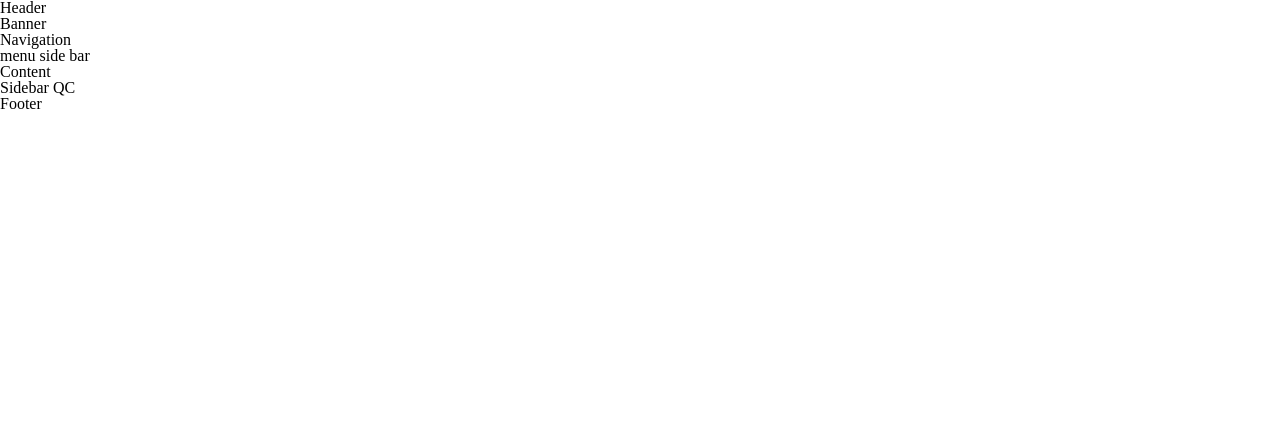
Repository: Tan-Khang21/TH_TKW--Buoi_06
Page: Bai_Tap_Tren_lop/Bai_03/LayoutCSS3.html
These files come from the project's save history. The page is drawn as it stood at one moment and after the next save; the edit follows.
The browser window is 1280 px wide. The pictures show the whole page.

Above is the page before, as saved 2024-03-11 20:54:34.

### Bai_Tap_Tren_lop/Bai_03/LayoutCSS3.html
<!DOCTYPE html>
<html lang="en">
  <head>
    <meta charset="UTF-8" />
    <meta name="viewport" content="width=device-width, initial-scale=1.0" />
    <title>Document</title>
    <link rel="stylesheet" href="style.css" />
    <link rel="stylesheet" href="reset.css" />
  </head>
  <body>
    <div class="container">
      <div class="header">Header</div>
      <div class="banner">Banner</div>
      <div class="navigation">Navigation</div>
      <div class="box">
        <div class="box_menu">menu side bar</div>
        <div class="box_content">Content</div>
        <div class="box_siderbar">Sidebar QC</div>
      </div>
      <div class="footer">Footer</div>
    </div>
  </body>
</html>

### Bai_Tap_Tren_lop/Bai_03/style.css
* {
  box-sizing: border-box;
}
body {
  width: 100%;
}

Loaded but not shown: Bai_Tap_Tren_lop/Bai_03/reset.css (common file)

After the next save:
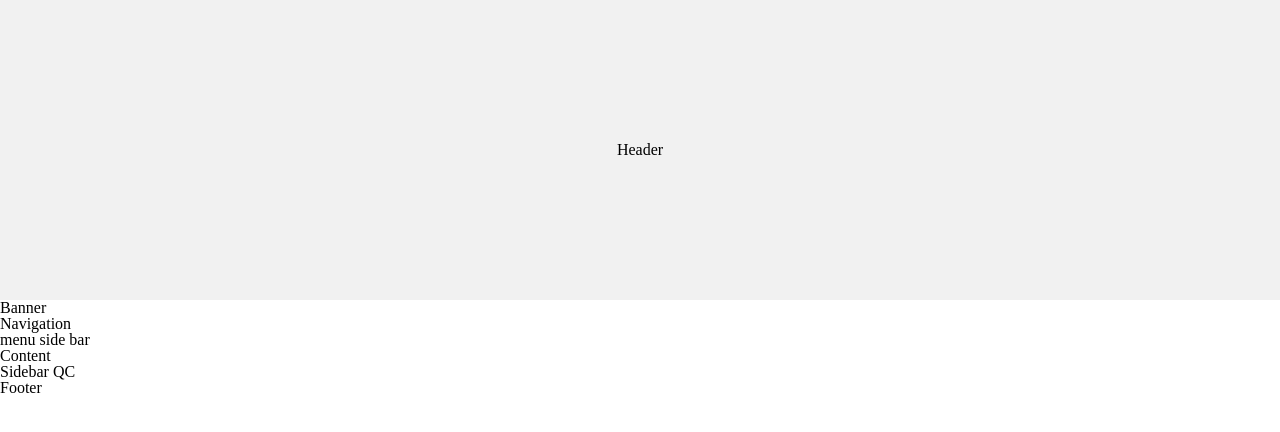
Saved 86 s later.
--- a/Bai_Tap_Tren_lop/Bai_03/style.css
+++ b/Bai_Tap_Tren_lop/Bai_03/style.css
@@ -4,3 +4,11 @@
 body {
   width: 100%;
 }
+.header {
+  width: 100%;
+  height: 300px;
+  display: flex;
+  align-items: center;
+  justify-content: center;
+  background-color: #f1f1f1;
+}
